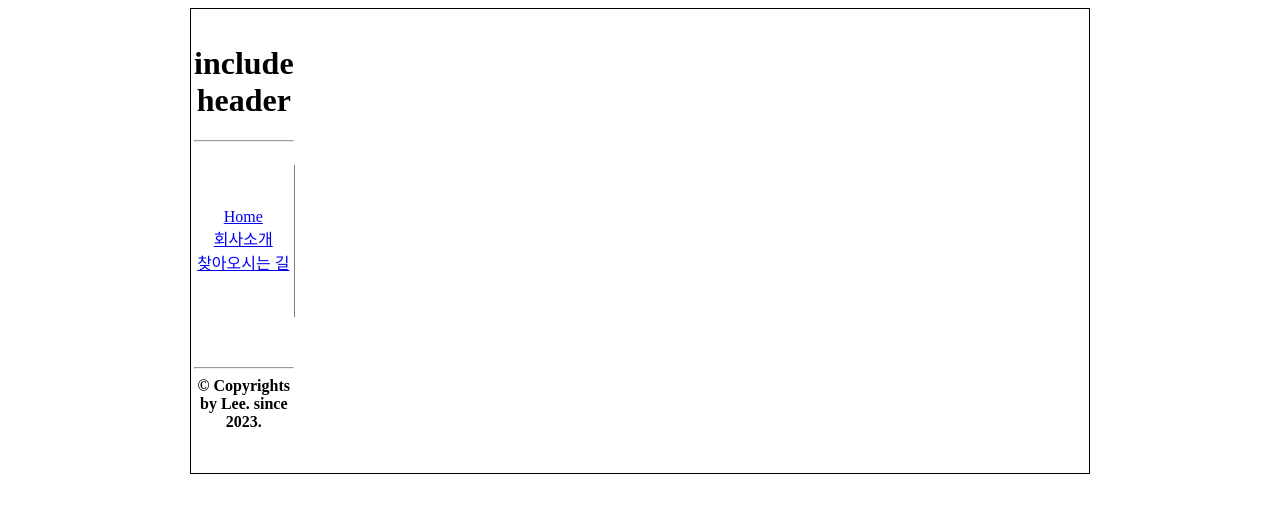
Repository: gh-56/jsp_workspace_al
Page: http://localhost/12_template_page/index.jsp?page=default
The author's editor kept a copy of each file at every save. The page is drawn from the files as they stood at one save, then again after the next save.
The browser window is 1280 px wide. The pictures show the whole page.
The page is served by Tomcat 9.

Above is the page before, as saved 2023-10-18 02:11:25.

### 12_template_page/src/main/webapp/index.jsp
<%@ page language="java" contentType="text/html; charset=UTF-8"
    pageEncoding="UTF-8"%>
<!DOCTYPE html>
<html>
<head>
<meta charset="UTF-8">
<title>index.jsp</title>
<style>
	table{
		margin:0 auto;
		text-align: center;
		border: 1px solid black;
		width: 900px;
	}
	table tr td:first-child{
		border-right:1px solid gray;
	}
	aside ul{
		padding: 0;
	}
	aside ul li{
		list-style: none;
	}
</style>
</head>
<body>
	<table>
		<tr>
			<th colspan="2" height="150">
				<jsp:include page="header.jsp"></jsp:include>
			</th>
		</tr>
		<tr>
			<td colspan="2" height="150">
				<jsp:include page="aside.jsp"></jsp:include>
			</td>
			<td width="790">
				<!-- 본문 내용 -->
			</td>
		</tr>
		<tr>
			<th colspan="2" height="150">
				<jsp:include page="footer.jsp"></jsp:include>
			</th>
		</tr>
	</table>
</body>
</html>

### 12_template_page/src/main/webapp/header.jsp
<%@ page language="java" contentType="text/html; charset=UTF-8"
    pageEncoding="UTF-8"%>
<!-- header.jsp -->
<h1>include header</h1>
<hr/>

### 12_template_page/src/main/webapp/aside.jsp
<%@ page language="java" contentType="text/html; charset=UTF-8"
    pageEncoding="UTF-8"%>
<!-- aside.jsp -->
<aside>
	<ul>
		<li>
			<a href="index.jsp">Home</a>
		</li>
		<li>
			<a href="index.jsp">회사소개</a>
		</li>
		<li>
			<a href="index.jsp">찾아오시는 길</a>
		</li>
	</ul>
</aside>

### 12_template_page/src/main/webapp/footer.jsp
<%@ page language="java" contentType="text/html; charset=UTF-8"
    pageEncoding="UTF-8"%>
<!-- footer.jsp -->
<hr/>
<center>
	&copy; Copyrights by Lee. since 2023.
</center>

### 12_template_page/src/main/webapp/default.jsp
<%@ page language="java" contentType="text/html; charset=UTF-8"
    pageEncoding="UTF-8"%>
<!-- default.jsp -->
<h1>Main Page 입니다.</h1>

After the next save:
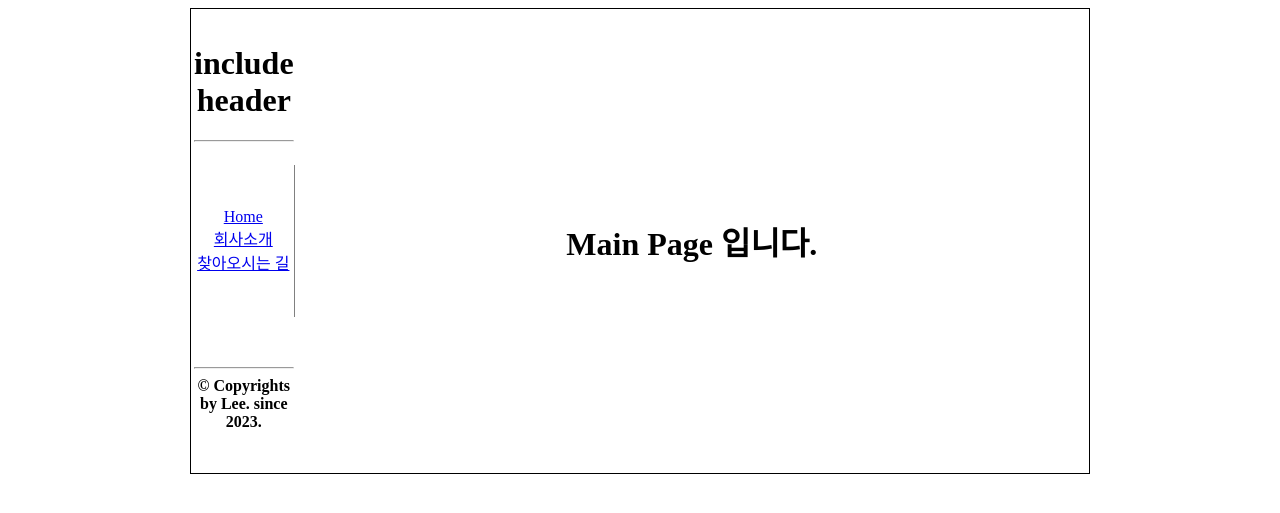
Saved 48 s later.
--- a/12_template_page/src/main/webapp/index.jsp
+++ b/12_template_page/src/main/webapp/index.jsp
@@ -36,6 +36,7 @@
 			</td>
 			<td width="790">
 				<!-- 본문 내용 -->
+				<jsp:include page="default.jsp"/>
 			</td>
 		</tr>
 		<tr>
